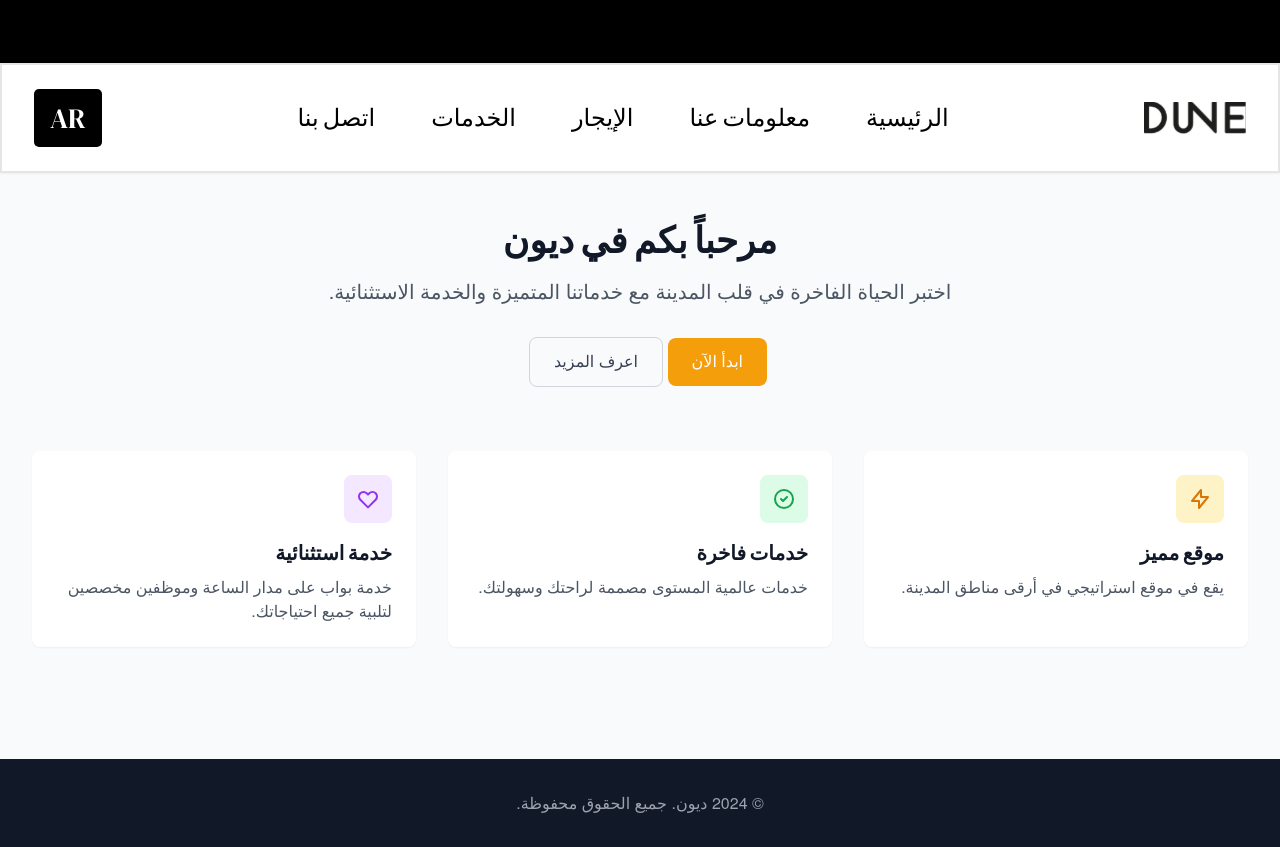
Repository: ahmedassr5765/dune
Page: index.html
An editor plug-in stored every save of this project. The page is shown before and after the next save, followed by the edit.
The browser window is 1280 px wide. The pictures show the whole page.
After loading, the first visible `#languageToggle` was clicked once.
Some web fonts or font styles are not loaded; a fallback is used. Some web libraries are served in a nearby version.

Above is the page before, as saved 2025-07-12 17:52:29.

### index.html
<!DOCTYPE html>
<html lang="en" dir="ltr">
<head>
    <meta charset="UTF-8">
    <meta name="viewport" content="width=device-width, initial-scale=1.0">
    <title>DUNE</title>

    <!-- Google Fonts -->
    <link rel="preconnect" href="https://fonts.googleapis.com">
    <link rel="preconnect" href="https://fonts.gstatic.com" crossorigin>
    <link href="https://fonts.googleapis.com/css2?family=DM+Serif+Display:ital@0;1&display=swap" rel="stylesheet">

    <!-- Local Fonts -->
    <style>
        @font-face {
            font-family: 'D-DIN Condensed';
            src: url('./Fonts/D-DINCondensed-Bold.otf') format('opentype');
            font-weight: 700;
            font-style: normal;
        }

        @font-face {
            font-family: 'Helvetica Neue';
            src: url('./Fonts/HelveticaNeueBlack.otf') format('opentype');
            font-weight: 400;
            font-style: normal;
        }
    </style>

    <!-- TailwindCSS -->
    <script src="https://cdn.tailwindcss.com"></script>

    <!-- TailwindCSS Configuration -->
    <script>
        tailwind.config = {
            theme: {
                extend: {
                    fontFamily: {
                        'ddin': ['D-DIN Condensed', 'sans-serif'],
                        'helvetica': ['Helvetica Neue', 'sans-serif'],
                        'dm-serif': ['DM Serif Display', 'serif'],
                    }
                }
            }
        }
    </script>

    <!-- Custom Styles -->
    <style>
        /* RTL Support */
        [dir="rtl"] {
            text-align: right;
        }

        [dir="rtl"] .header-container {
            flex-direction: row-reverse;
        }

        [dir="rtl"] .logo {
            order: 3;
            margin-left: 0;
            margin-right: 0;
        }

        [dir="rtl"] .nav-items {
            order: 2;
            flex-direction: row;
            margin-left: 0;
            margin-right: 0;
            flex: 1;
            justify-content: center;
        }

        [dir="rtl"] .lang-toggle {
            order: 1;
            margin-left: 0;
            margin-right: 0;
        }

        [dir="rtl"] .nav-items a {
            margin-left: 0;
            margin-right: 0;
        }

        /* Language Toggle Button */
        .lang-toggle {
            transition: all 0.3s ease;
        }

        .lang-toggle:hover {
            transform: scale(1.05);
        }

        /* Navigation Active State */
        .nav-active {
            color: #f59e0b;
        }

        /* RTL Animation */
        .rtl-transition {
            transition: all 0.5s ease;
        }

        /* Black Top Bar */
        .top-bar {
            background-color: #000000;
            height: 63px;
        }
    </style>
</head>
<body class="font-helvetica bg-gray-50 rtl-transition">
    <!-- Black Top Bar -->
    <div class="top-bar"></div>

    <!-- Header -->
    <header class="bg-white shadow-sm">
        <div class="max-w-8xl mx-auto px-4 border-[#E5E5E5] border-2 sm:px-6 lg:px-8">
            <div class="flex justify-between items-center py-6 header-container">
                <div class="flex items-center logo">
                    <a href="#" class="flex items-center">
                        <img src="/images/logo.svg" alt="DUNE" class="h-8 w-auto">
                    </a>
                </div>
                <nav class="hidden md:flex space-x-20 nav-items">
                    <a href="#" class="text-black hover:text-[#FBAA19] px-3 py-2 text-[24px] font-ddin transition-colors duration-200 nav-link" data-en="HOME" data-ar="الرئيسية">HOME</a>
                    <a href="#" class="text-black hover:text-[#FBAA19] px-3 py-2 text-[24px] font-ddin transition-colors duration-200 nav-link" data-en="ABOUT US" data-ar="معلومات عنا">ABOUT US</a>
                    <a href="#" class="text-black hover:text-[#FBAA19] px-3 py-2 text-[24px] font-ddin transition-colors duration-200 nav-link" data-en="LEASING" data-ar="الإيجار">LEASING</a>
                    <a href="#" class="text-black hover:text-[#FBAA19] px-3 py-2 text-[24px] font-ddin transition-colors duration-200 nav-link" data-en="AMENITIES" data-ar="الخدمات">AMENITIES</a>
                    <a href="#" class="text-black hover:text-[#FBAA19] px-3 py-2 text-[24px] font-ddin transition-colors duration-200 nav-link" data-en="CONTACT US" data-ar="اتصل بنا">CONTACT US</a>
                </nav>
                <div class="flex items-center lang-toggle">
                    <button id="languageToggle" class="bg-black text-white px-4 py-2 text-[28px] font-normal font-dm-serif hover:bg-gray-800 transition-colors duration-200 focus:outline-none focus:ring-2 focus:ring-gray-500 focus:ring-offset-2 rounded-[5px]">
                        En
                    </button>
                </div>
            </div>
        </div>
    </header>

    <!-- Main Content -->
    <main class="max-w-7xl mx-auto px-4 sm:px-6 lg:px-8 py-12">
        <!-- Hero Section -->
        <section class="text-center mb-16">
            <h2 class="text-4xl font-bold text-gray-900 font-ddin mb-4 main-title" data-en="Welcome to DUNE" data-ar="مرحباً بكم في ديون">Welcome to DUNE</h2>
            <p class="text-xl text-gray-600 mb-8 max-w-2xl mx-auto main-subtitle" data-en="Experience luxury living in the heart of the city with our premium amenities and exceptional service." data-ar="اختبر الحياة الفاخرة في قلب المدينة مع خدماتنا المتميزة والخدمة الاستثنائية.">Experience luxury living in the heart of the city with our premium amenities and exceptional service.</p>
            <div class="space-x-4">
                <button class="bg-amber-500 text-white px-6 py-3 rounded-lg font-medium hover:bg-amber-600 transition duration-200 cta-button" data-en="Get Started" data-ar="ابدأ الآن">
                    Get Started
                </button>
                <button class="border border-gray-300 text-gray-700 px-6 py-3 rounded-lg font-medium hover:bg-gray-50 transition duration-200 secondary-button" data-en="Learn More" data-ar="اعرف المزيد">
                    Learn More
                </button>
            </div>
        </section>

        <!-- Features Section -->
        <section class="grid md:grid-cols-3 gap-8 mb-16">
            <div class="bg-white p-6 rounded-lg shadow-sm">
                <div class="w-12 h-12 bg-amber-100 rounded-lg flex items-center justify-center mb-4">
                    <svg class="w-6 h-6 text-amber-600" fill="none" stroke="currentColor" viewBox="0 0 24 24">
                        <path stroke-linecap="round" stroke-linejoin="round" stroke-width="2" d="M13 10V3L4 14h7v7l9-11h-7z"></path>
                    </svg>
                </div>
                <h3 class="text-xl font-semibold text-gray-900 font-ddin mb-2 feature-title" data-en="Premium Location" data-ar="موقع مميز">Premium Location</h3>
                <p class="text-gray-600 feature-desc" data-en="Strategically located in the most prestigious area of the city." data-ar="يقع في موقع استراتيجي في أرقى مناطق المدينة.">Strategically located in the most prestigious area of the city.</p>
            </div>

            <div class="bg-white p-6 rounded-lg shadow-sm">
                <div class="w-12 h-12 bg-green-100 rounded-lg flex items-center justify-center mb-4">
                    <svg class="w-6 h-6 text-green-600" fill="none" stroke="currentColor" viewBox="0 0 24 24">
                        <path stroke-linecap="round" stroke-linejoin="round" stroke-width="2" d="M9 12l2 2 4-4m6 2a9 9 0 11-18 0 9 9 0 0118 0z"></path>
                    </svg>
                </div>
                <h3 class="text-xl font-semibold text-gray-900 font-ddin mb-2 feature-title" data-en="Luxury Amenities" data-ar="خدمات فاخرة">Luxury Amenities</h3>
                <p class="text-gray-600 feature-desc" data-en="World-class amenities designed for your comfort and convenience." data-ar="خدمات عالمية المستوى مصممة لراحتك وسهولتك.">World-class amenities designed for your comfort and convenience.</p>
            </div>

            <div class="bg-white p-6 rounded-lg shadow-sm">
                <div class="w-12 h-12 bg-purple-100 rounded-lg flex items-center justify-center mb-4">
                    <svg class="w-6 h-6 text-purple-600" fill="none" stroke="currentColor" viewBox="0 0 24 24">
                        <path stroke-linecap="round" stroke-linejoin="round" stroke-width="2" d="M4.318 6.318a4.5 4.5 0 000 6.364L12 20.364l7.682-7.682a4.5 4.5 0 00-6.364-6.364L12 7.636l-1.318-1.318a4.5 4.5 0 00-6.364 0z"></path>
                    </svg>
                </div>
                <h3 class="text-xl font-semibold text-gray-900 font-ddin mb-2 feature-title" data-en="Exceptional Service" data-ar="خدمة استثنائية">Exceptional Service</h3>
                <p class="text-gray-600 feature-desc" data-en="24/7 concierge service and dedicated staff to meet your every need." data-ar="خدمة بواب على مدار الساعة وموظفين مخصصين لتلبية جميع احتياجاتك.">24/7 concierge service and dedicated staff to meet your every need.</p>
            </div>
        </section>
    </main>

    <!-- Footer -->
    <footer class="bg-gray-900 text-white">
        <div class="max-w-7xl mx-auto px-4 sm:px-6 lg:px-8 py-8">
            <div class="text-center">
                <p class="text-gray-400 footer-text" data-en="&copy; 2024 DUNE. All rights reserved." data-ar="&copy; 2024 ديون. جميع الحقوق محفوظة.">&copy; 2024 DUNE. All rights reserved.</p>
            </div>
        </div>
    </footer>

    <!-- External JavaScript -->
    <script src="index.js"></script>
</body>
</html>

### index.js
let currentLang = 'en';
const languageToggle = document.getElementById('languageToggle');
const htmlElement = document.documentElement;

// Language toggle functionality
languageToggle.addEventListener('click', function() {
    if (currentLang === 'en') {
        // Switch to Arabic
        currentLang = 'ar';
        languageToggle.textContent = 'AR';
        htmlElement.setAttribute('lang', 'ar');
        htmlElement.setAttribute('dir', 'rtl');

        // Update all translatable elements
        updateTextContent('ar');

        // Add RTL specific classes
        document.body.classList.add('rtl-mode');

        // Update navigation spacing for RTL
        const navItems = document.querySelector('.nav-items');
        if (navItems) {
            navItems.classList.remove('space-x-8');
            navItems.classList.add('space-x-reverse', 'space-x-8');
        }

    } else {
        // Switch to English
        currentLang = 'en';
        languageToggle.textContent = 'En';
        htmlElement.setAttribute('lang', 'en');
        htmlElement.setAttribute('dir', 'ltr');

        // Update all translatable elements
        updateTextContent('en');

        // Remove RTL specific classes
        document.body.classList.remove('rtl-mode');

        // Reset navigation spacing for LTR
        const navItems = document.querySelector('.nav-items');
        if (navItems) {
            navItems.classList.remove('space-x-reverse');
            navItems.classList.add('space-x-8');
        }
    }
});

function updateTextContent(lang) {
    // Update navigation links
    const navLinks = document.querySelectorAll('.nav-link');
    navLinks.forEach(link => {
        link.textContent = link.getAttribute('data-' + lang);
    });

    // Update main title
    const mainTitle = document.querySelector('.main-title');
    if (mainTitle) {
        mainTitle.textContent = mainTitle.getAttribute('data-' + lang);
    }

    // Update main subtitle
    const mainSubtitle = document.querySelector('.main-subtitle');
    if (mainSubtitle) {
        mainSubtitle.textContent = mainSubtitle.getAttribute('data-' + lang);
    }

    // Update buttons
    const ctaButton = document.querySelector('.cta-button');
    if (ctaButton) {
        ctaButton.textContent = ctaButton.getAttribute('data-' + lang);
    }

    const secondaryButton = document.querySelector('.secondary-button');
    if (secondaryButton) {
        secondaryButton.textContent = secondaryButton.getAttribute('data-' + lang);
    }

    // Update feature titles
    const featureTitles = document.querySelectorAll('.feature-title');
    featureTitles.forEach(title => {
        title.textContent = title.getAttribute('data-' + lang);
    });

    // Update feature descriptions
    const featureDescs = document.querySelectorAll('.feature-desc');
    featureDescs.forEach(desc => {
        desc.textContent = desc.getAttribute('data-' + lang);
    });

    // Update footer text
    const footerText = document.querySelector('.footer-text');
    if (footerText) {
        footerText.innerHTML = footerText.getAttribute('data-' + lang);
    }
}

// Add smooth transitions for RTL switch
document.addEventListener('DOMContentLoaded', function() {
    // Add transition classes after page load
    setTimeout(() => {
        document.body.classList.add('rtl-transition');
    }, 100);
});

After the next save:
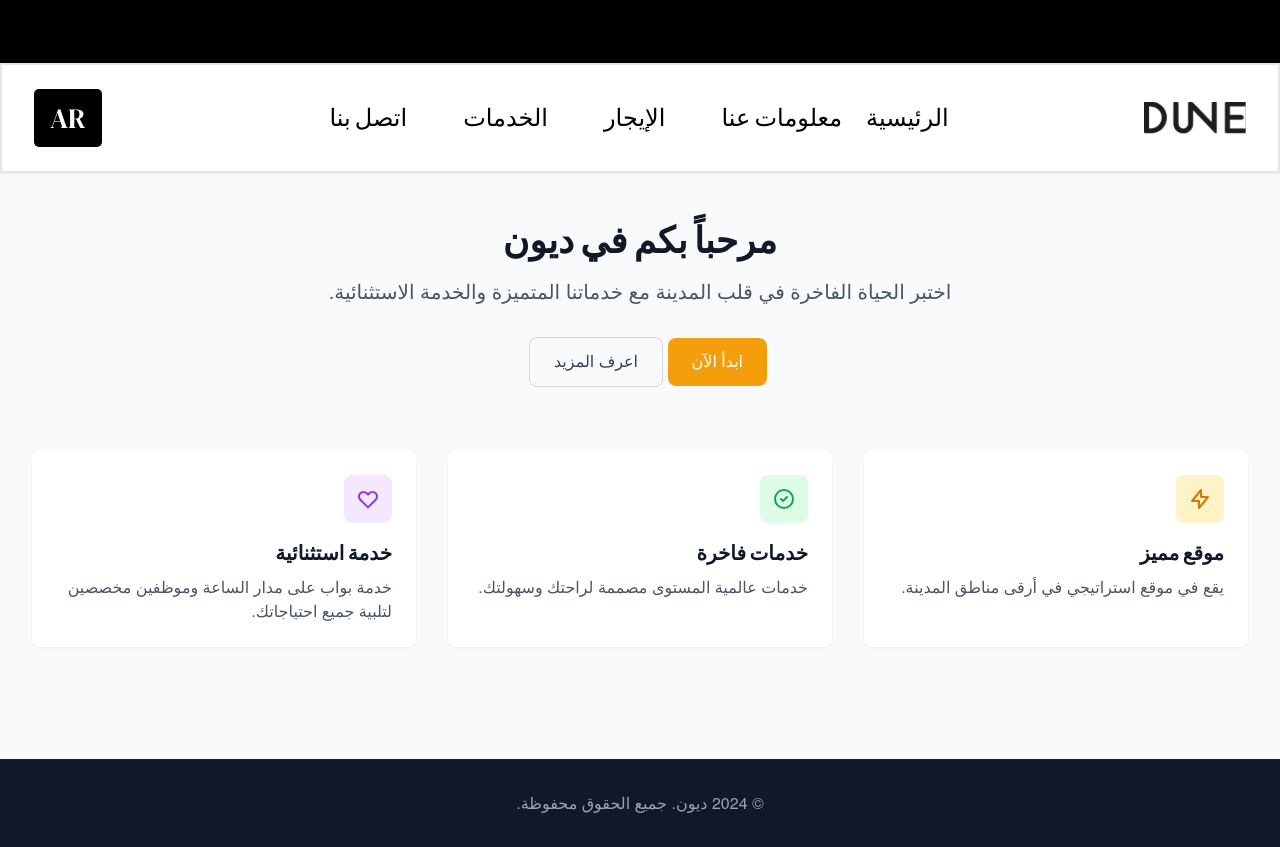
Saved 10 s later.
--- a/index.js
+++ b/index.js
@@ -20,8 +20,8 @@ languageToggle.addEventListener('click', function() {
         // Update navigation spacing for RTL
         const navItems = document.querySelector('.nav-items');
         if (navItems) {
-            navItems.classList.remove('space-x-8');
-            navItems.classList.add('space-x-reverse', 'space-x-8');
+            navItems.classList.remove('space-x-20');
+            navItems.classList.add('space-x-8');
         }
 
     } else {
